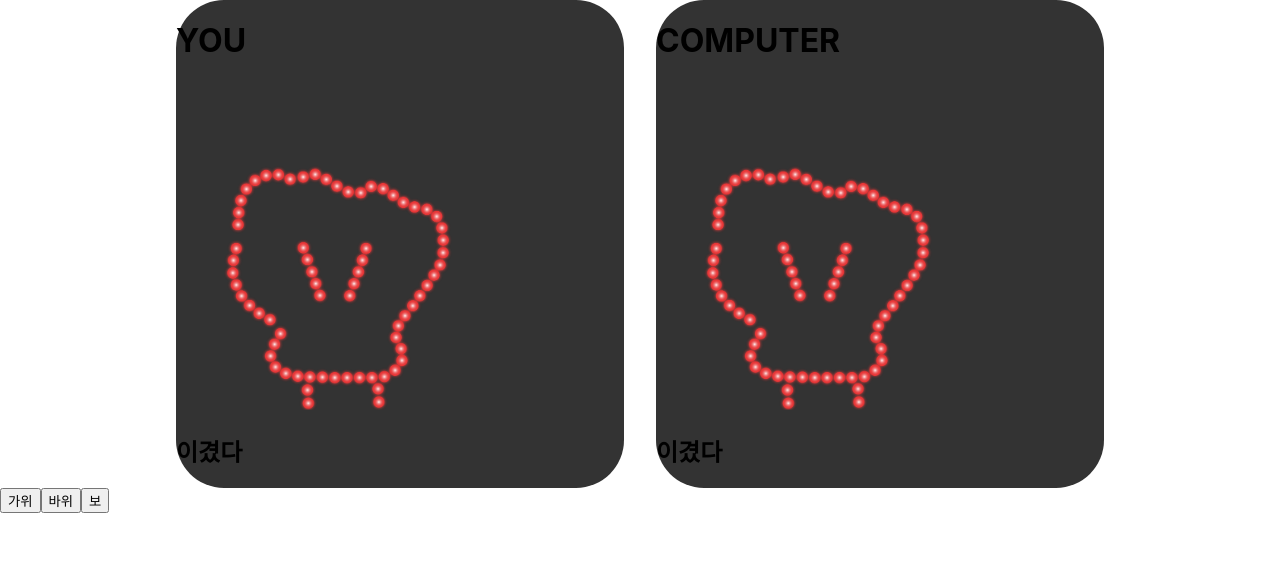
Repository: KIMMIHYE12/classComponent
Page: /
The author's editor kept a copy of each file at every save. The page is drawn from the files as they stood at one save, then again after the next save.
The browser window is 1280 px wide. The pictures show the whole page.
The project was rebuilt for these pictures with package versions that can differ from the ones it lists, and the page was loaded fresh each time.

Above is the page before, as saved 2024-03-18 20:51:55.

### src/App.js
import "./App.css";
import { Box } from "./component/Box";

function App() {
  return (
    <>
      <div className='game_screen'>
        <Box title='YOU' />
        <Box title='COMPUTER' />
      </div>
      <div>
        <button>가위</button>
        <button>바위</button>
        <button>보</button>
      </div>
    </>
  );
}

export default App;

### src/App.css
.game_screen {
  width: 100%;
  display: flex;
  justify-content: center;
}
.box {
  width: 35%;
  margin: 0 1em;
  background: #333;
  border-radius: 3rem;
}
img {
  width: 70%;
}

### src/component/Box.js
import React from "react";

export const Box = (props) => {
  console.log(props);
  return (
    <div className='box'>
      <h1>{props.title}</h1>
      <img src='/images/rock.png' />
      <h2>이겼다</h2>
    </div>
  );
};

Loaded but not shown: public/index.html (common file); src/index.js (common file); src/index.css (common file); src/reportWebVitals.js (common file)

After the next save:
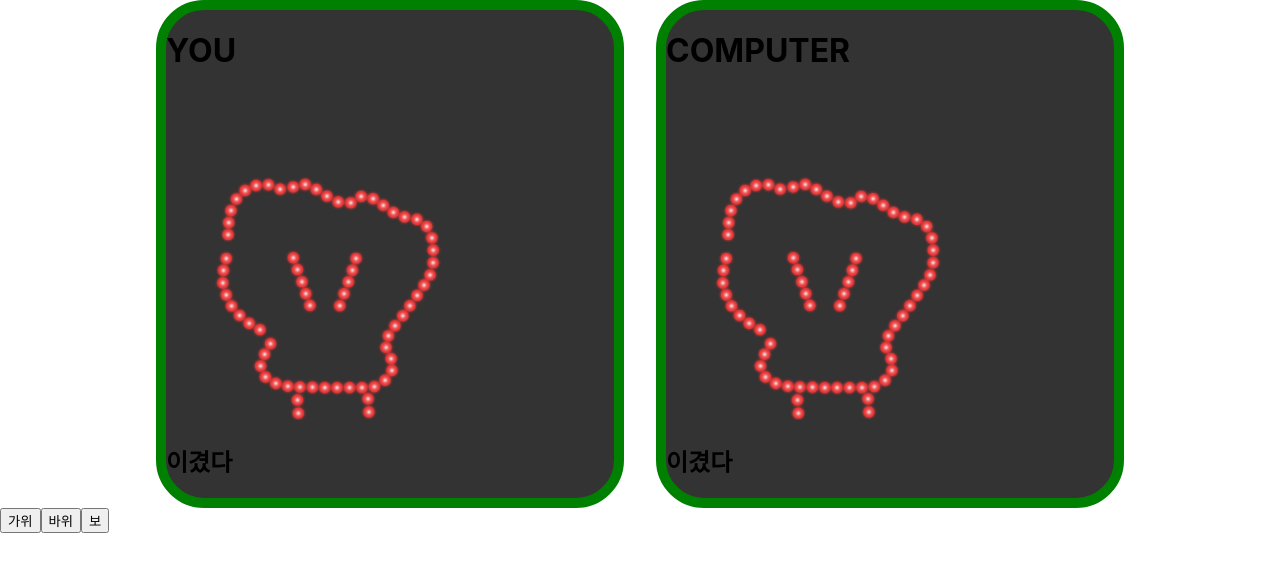
Saved 32 s later.
--- a/src/App.css
+++ b/src/App.css
@@ -6,6 +6,7 @@
 .box {
   width: 35%;
   margin: 0 1em;
+  border: 10px solid green;
   background: #333;
   border-radius: 3rem;
 }
